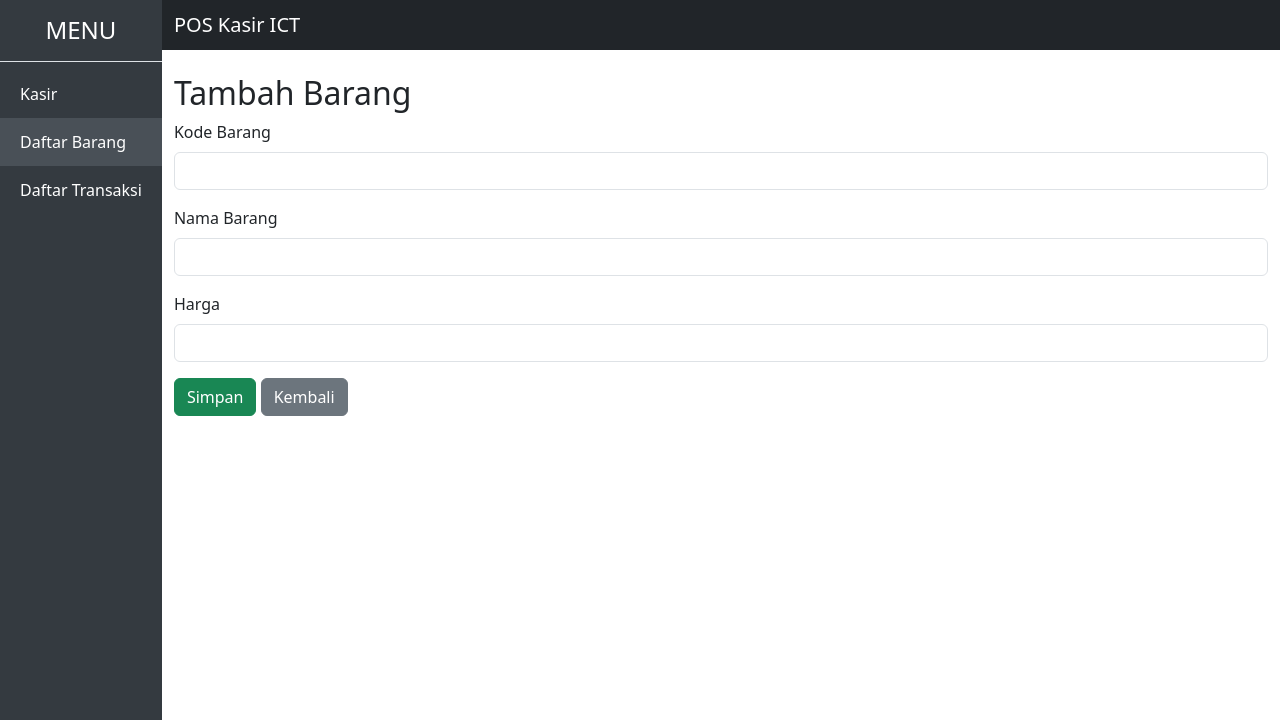
Repository: ekojt7/ekojatmiko_kasir_ict
Page: http://localhost/barangs/create
These files come from the project's save history. The page is drawn as it stood at one moment and after the next save; the edit follows.
The browser window is 1280 px wide. The pictures show the whole page.
The page is served by the project's Laravel application, run on PHP 8.4 with Laravel 12. Other server files are loaded and not shown.

Above is the page before, as saved 2025-08-04 21:18:57.

### routes/web.php
<?php

use Illuminate\Support\Facades\Route;
use App\Http\Controllers\BarangController;
use App\Http\Controllers\KasirController;
use App\Http\Controllers\TransaksiController;


Route::resource('barangs', BarangController::class);
Route::get('/kasir', [KasirController::class, 'index'])->name('kasir.index');
Route::post('/kasir', [KasirController::class, 'store'])->name('kasir.store');
Route::get('/transaksis', [TransaksiController::class, 'index'])->name('transaksi.index');
Route::get('/transaksis/{id}', [TransaksiController::class, 'show'])->name('transaksi.show');

### app/Http/Controllers/BarangController.php
<?php

namespace App\Http\Controllers;

use App\Models\Barang;
use Illuminate\Http\Request;

class BarangController extends Controller
{
    public function index()
    {
        $barangs = Barang::all();
        return view('barangs.index', compact('barangs'));
    }

    public function create()
    {
        return view('barangs.create');
    }

    public function store(Request $request)
    {
        $request->validate([
            'kode_barang' => 'required|unique:barangs,kode_barang',
            'nama_barang' => 'required',
            'harga' => 'required|integer|min:0',
        ]);

        Barang::create($request->all());

        return redirect()->route('barangs.index')->with('success', 'Barang berhasil ditambahkan.');
    }

    public function edit(Barang $barang)
    {
        return view('barangs.edit', compact('barang'));
    }

    public function update(Request $request, Barang $barang)
    {
        $request->validate([
            'kode_barang' => 'required|unique:barangs,kode_barang,' . $barang->id,
            'nama_barang' => 'required',
            'harga' => 'required|integer|min:0',
        ]);

        $barang->update($request->all());

        return redirect()->route('barangs.index')->with('success', 'Barang berhasil diperbarui.');
    }

    public function destroy(Barang $barang)
    {
        $barang->delete();
        return redirect()->route('barangs.index')->with('success', 'Barang berhasil dihapus.');
    }
}

### resources/views/barangs/create.blade.php
@extends('layout')

@section('content')
<h2>Tambah Barang</h2>

@if ($errors->any())
    <div class="alert alert-danger">
        <ul class="mb-0">
            @foreach ($errors->all() as $error)
                <li>{{ $error }}</li>
            @endforeach
        </ul>
    </div>
@endif


<form action="{{ route('barangs.store') }}" method="POST">
    @csrf
    <div class="mb-3">
        <label for="kode_barang" class="form-label">Kode Barang</label>
        <input type="text" class="form-control" name="kode_barang" value="{{ old('kode_barang') }}">
    </div>
    <div class="mb-3">
        <label for="nama_barang" class="form-label">Nama Barang</label>
        <input type="text" class="form-control" name="nama_barang" value="{{ old('nama_barang') }}">
    </div>
    <div class="mb-3">
        <label for="harga" class="form-label">Harga</label>
        <input type="number" class="form-control" name="harga" value="{{ old('harga') }}">
    </div>
    <button type="submit" class="btn btn-success">Simpan</button>
    <a href="{{ route('barangs.index') }}" class="btn btn-secondary">Kembali</a>
</form>
@endsection

### resources/views/layout.blade.php
<!DOCTYPE html>
<html>
<head>
    <title>POS Kasir ICT</title>
    <link href="https://cdn.jsdelivr.net/npm/bootstrap@5.3.3/dist/css/bootstrap.min.css" rel="stylesheet">
    <style>
        body {
            min-height: 100vh;
        }
        .sidebar {
            min-height: 100vh;
            background-color: #343a40;
        }
        .sidebar a {
            color: #fff;
            padding: 12px 20px;
            display: block;
            text-decoration: none;
        }
        .sidebar a:hover {
            background-color: #495057;
        }
        .active {
            background-color: #495057;
        }
    </style>
</head>
<body>
    <div class="d-flex">
        <!-- Sidebar -->
        <div class="sidebar">
            <h4 class="text-white text-center py-3 border-bottom">MENU</h4>
            <a href="{{ url('/kasir') }}" class="{{ request()->is('kasir') ? 'active' : '' }}">Kasir</a>
            <a href="{{ route('barangs.index') }}" class="{{ request()->is('barangs*') ? 'active' : '' }}">Daftar Barang</a>
            <a href="{{ url('/transaksis') }}" class="{{ request()->is('transaksis*') ? 'active' : '' }}">Daftar Transaksi</a>
        </div>

        <!-- Main Content -->
        <div class="flex-grow-1">
            <!-- Navbar -->
            <nav class="navbar navbar-expand-lg navbar-dark bg-dark">
                <div class="container-fluid">
                    <span class="navbar-brand mb-0 h1">POS Kasir ICT</span>
                </div>
            </nav>

            <!-- Page Content -->
            <div class="container-fluid py-4">
                @yield('content')
            </div>
        </div>
    </div>

    <script src="https://cdn.jsdelivr.net/npm/bootstrap@5.3.3/dist/js/bootstrap.bundle.min.js"></script>
</body>
</html>

Loaded but not shown: app/Http/Controllers/Controller.php (common file)

After the next save:
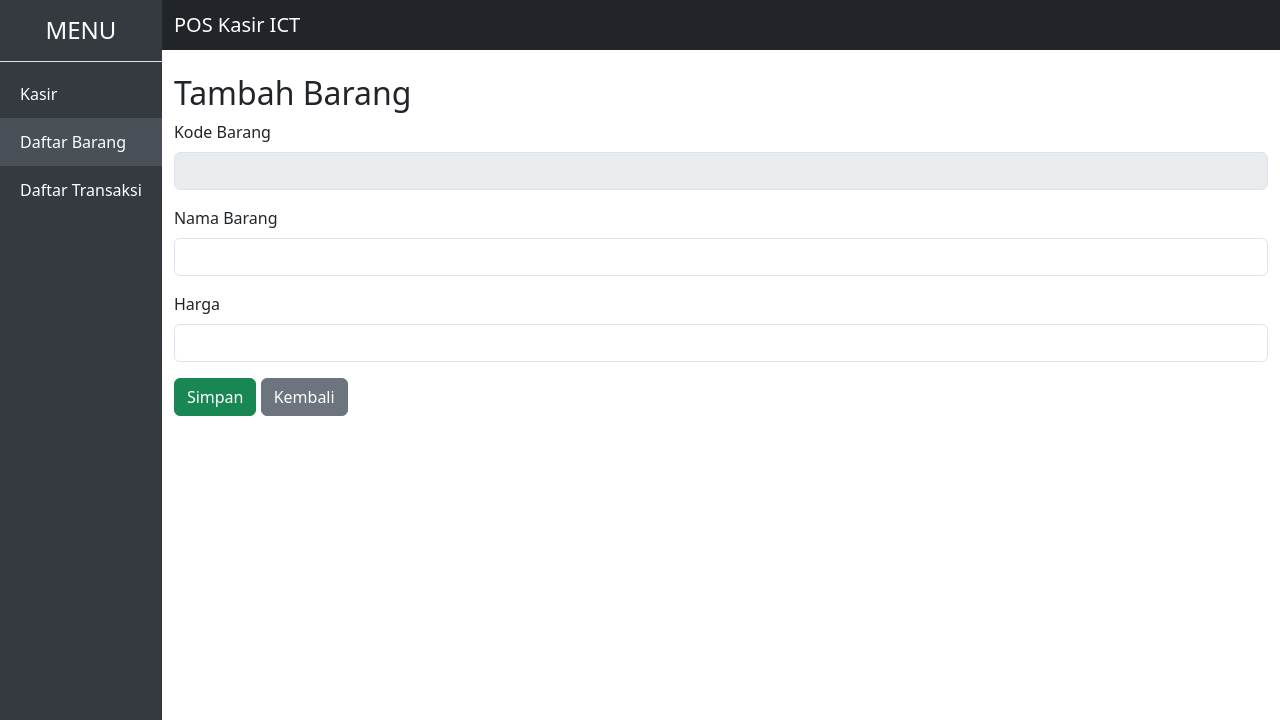
Saved 2 min 18 s later.
--- a/resources/views/barangs/create.blade.php
+++ b/resources/views/barangs/create.blade.php
@@ -18,7 +18,7 @@
     @csrf
     <div class="mb-3">
         <label for="kode_barang" class="form-label">Kode Barang</label>
-        <input type="text" class="form-control" name="kode_barang" value="{{ old('kode_barang') }}">
+        <input type="text" class="form-control" name="kode_barang" value="{{ old('kode_barang') }}" disabled>
     </div>
     <div class="mb-3">
         <label for="nama_barang" class="form-label">Nama Barang</label>

After the save that followed:
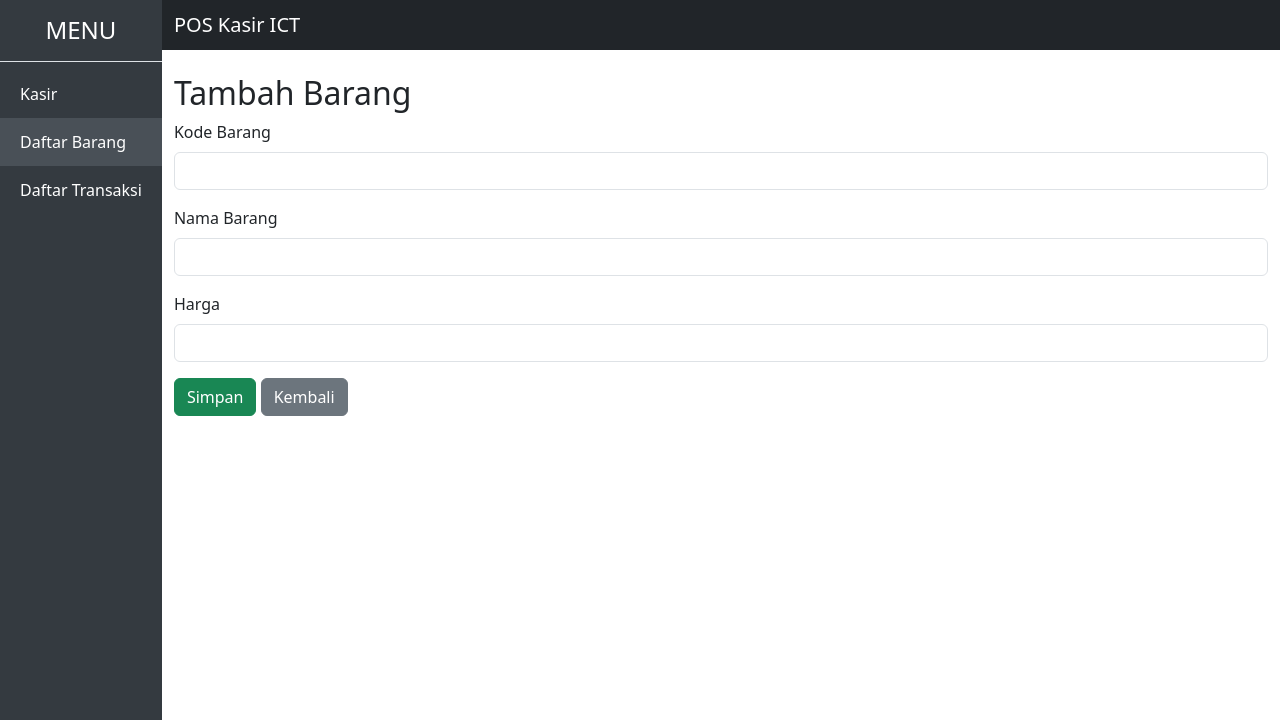
Saved 16 s later.
--- a/resources/views/barangs/create.blade.php
+++ b/resources/views/barangs/create.blade.php
@@ -18,7 +18,7 @@
     @csrf
     <div class="mb-3">
         <label for="kode_barang" class="form-label">Kode Barang</label>
-        <input type="text" class="form-control" name="kode_barang" value="{{ old('kode_barang') }}" disabled>
+        <input type="text" class="form-control" name="kode_barang" value="{{ old('kode_barang') }}">
     </div>
     <div class="mb-3">
         <label for="nama_barang" class="form-label">Nama Barang</label>
